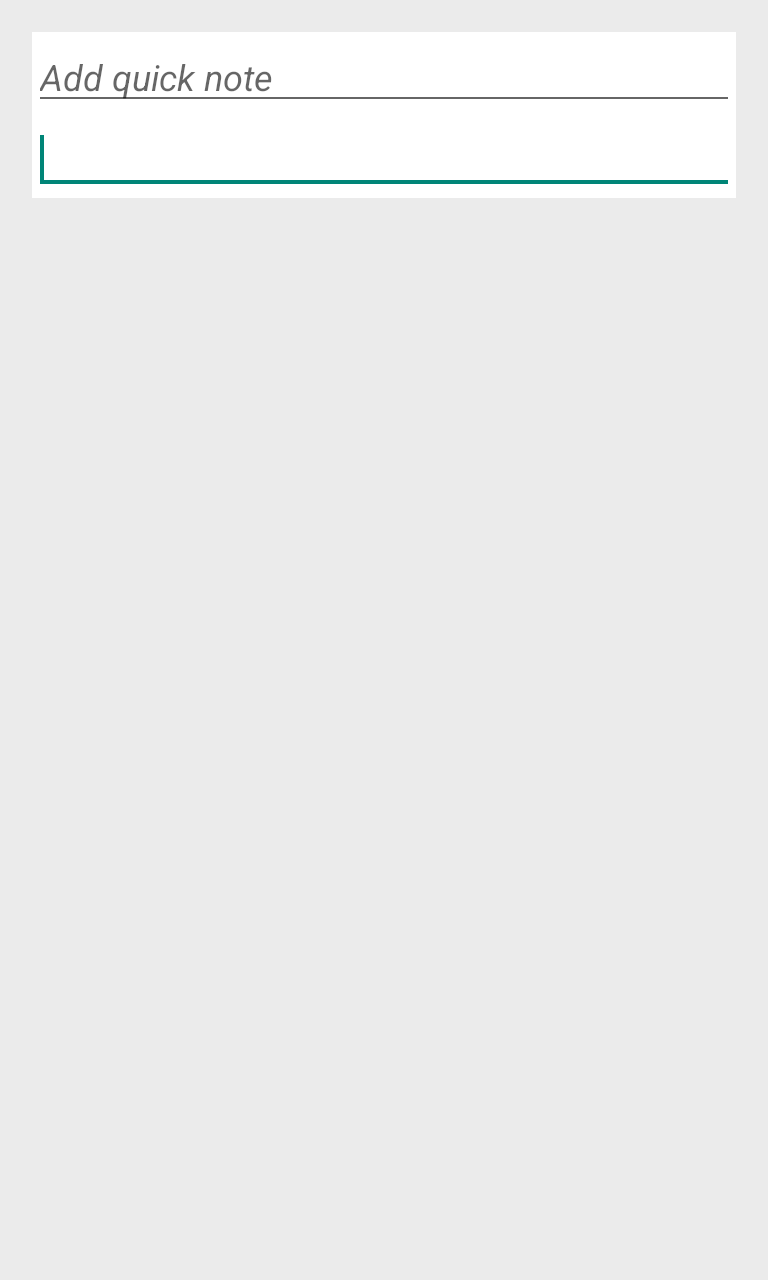
Repository: ishwormali/practices
Layout: Android/GoogleKeep/GoogleKeep/res/layout/fragment_main.xml
An editor plug-in stored every save of this project. The layout is shown before and after the next save, followed by the edit.
It is drawn on a 768 x 1280 px phone screen (xhdpi) without system bars, with theme Theme.Orangeboom; the app's code is not run.

Above is the layout before, as saved 2014-04-01 05:11:04.

### Android/GoogleKeep/GoogleKeep/res/layout/fragment_main.xml
<RelativeLayout xmlns:android="http://schemas.android.com/apk/res/android"
    xmlns:tools="http://schemas.android.com/tools"
    android:layout_width="match_parent"
    android:layout_height="match_parent"
    android:paddingBottom="@dimen/activity_vertical_margin"
    android:paddingLeft="@dimen/activity_horizontal_margin"
    android:paddingRight="@dimen/activity_horizontal_margin"
    android:paddingTop="@dimen/activity_vertical_margin"
    tools:context="com.practices.googlekeep.MainActivity$PlaceholderFragment"
    android:background="#EBEBEB"
      >

    <LinearLayout
        android:layout_width="match_parent"
        android:layout_height="wrap_content"
        android:layout_alignParentTop="true"
        android:layout_centerHorizontal="true"
        android:background="@drawable/area_container"
        android:orientation="vertical" >

        <EditText
            android:id="@+id/text_quicknote"
            android:layout_width="match_parent"
            android:layout_height="wrap_content"
            android:ems="10"  android:hint="@string/add_quick_note" android:textColor="#F7F7F7" >

            <requestFocus />
        </EditText>
        <EditText
            android:id="@+id/text_quicknote2"
            android:layout_width="match_parent"
            android:layout_height="wrap_content"
            android:ems="10" >

            <requestFocus />
        </EditText>
    </LinearLayout>

</RelativeLayout>

### Android/GoogleKeep/GoogleKeep/res/values-v14/themes.xml
<?xml version="1.0" encoding="utf-8"?>
<!-- File created by the Android Action Bar Style Generator

     Copyright (C) 2011 The Android Open Source Project
     Copyright (C) 2012 readyState Software Ltd

     Licensed under the Apache License, Version 2.0 (the "License");
     you may not use this file except in compliance with the License.
     You may obtain a copy of the License at

          http://www.apache.org/licenses/LICENSE-2.0

     Unless required by applicable law or agreed to in writing, software
     distributed under the License is distributed on an "AS IS" BASIS,
     WITHOUT WARRANTIES OR CONDITIONS OF ANY KIND, either express or implied.
     See the License for the specific language governing permissions and
     limitations under the License.
-->

<resources xmlns:android="http://schemas.android.com/apk/res/android">

    <style name="Theme.Orangeboom" parent="@style/Theme.AppCompat.Light">
        <item name="android:actionBarItemBackground">@drawable/selectable_background_orangeboom</item>
        <item name="android:popupMenuStyle">@style/PopupMenu.Orangeboom</item>
        <item name="android:dropDownListViewStyle">@style/DropDownListView.Orangeboom</item>
        <item name="android:actionBarTabStyle">@style/ActionBarTabStyle.Orangeboom</item>
        <item name="android:actionDropDownStyle">@style/DropDownNav.Orangeboom</item>
        <item name="android:actionBarStyle">@style/ActionBar.Solid.Orangeboom</item>
        <item name="android:actionModeBackground">@drawable/cab_background_top_orangeboom</item>
        <item name="android:actionModeSplitBackground">@drawable/cab_background_bottom_orangeboom</item>
        <item name="android:actionModeCloseButtonStyle">@style/ActionButton.CloseMode.Orangeboom</item>
         <item name="actionMenuTextColor">@android:color/white</item>

    </style>

    <style name="ActionBar.Solid.Orangeboom" parent="@style/Widget.AppCompat.Light.ActionBar.Solid">
        <item name="android:background">@drawable/ab_solid_orangeboom</item>
        <item name="android:backgroundStacked">@drawable/ab_stacked_solid_orangeboom</item>
        <item name="android:backgroundSplit">@drawable/ab_bottom_solid_orangeboom</item>
        <item name="android:progressBarStyle">@style/ProgressBar.Orangeboom</item>
       <item name="android:titleTextStyle">@style/ActionBar.TextStyle.Orangeboom</item>
<!--        <item name="android:logo">@drawable/text_x_todo</item> -->
    </style>

    <style name="ActionBar.TextStyle.Orangeboom"
           parent="@style/TextAppearance.AppCompat.Widget.ActionBar.Title">
        <item name="android:textColor">@android:color/white</item>
    </style>

    <style name="ActionBar.Transparent.Orangeboom" parent="@style/Widget.AppCompat.Light.ActionBar">
        <item name="android:background">@drawable/ab_transparent_orangeboom</item>
        <item name="android:progressBarStyle">@style/ProgressBar.Orangeboom</item>
    </style>

    <!-- this style is only referenced in a Light.DarkActionBar based theme -->
    <style name="Theme.Orangeboom.Widget" parent="@style/Theme.AppCompat">
        <item name="android:popupMenuStyle">@style/PopupMenu.Orangeboom</item>
        <item name="android:dropDownListViewStyle">@style/DropDownListView.Orangeboom</item>
    </style>

</resources>

### Android/GoogleKeep/GoogleKeep/res/values/themes.xml
<?xml version="1.0" encoding="utf-8"?>
<!-- File created by the Android Action Bar Style Generator

     Copyright (C) 2011 The Android Open Source Project
     Copyright (C) 2012 readyState Software Ltd

     Licensed under the Apache License, Version 2.0 (the "License");
     you may not use this file except in compliance with the License.
     You may obtain a copy of the License at

          http://www.apache.org/licenses/LICENSE-2.0

     Unless required by applicable law or agreed to in writing, software
     distributed under the License is distributed on an "AS IS" BASIS,
     WITHOUT WARRANTIES OR CONDITIONS OF ANY KIND, either express or implied.
     See the License for the specific language governing permissions and
     limitations under the License.
-->

<resources xmlns:android="http://schemas.android.com/apk/res/android">

    <style name="Theme.Orangeboom" parent="@style/Theme.AppCompat.Light">
        <item name="actionBarItemBackground">@drawable/selectable_background_orangeboom</item>
        <item name="popupMenuStyle">@style/PopupMenu.Orangeboom</item>
        <item name="dropDownListViewStyle">@style/DropDownListView.Orangeboom</item>
        <item name="actionBarTabStyle">@style/ActionBarTabStyle.Orangeboom</item>
        <item name="actionDropDownStyle">@style/DropDownNav.Orangeboom</item>
        <item name="actionBarStyle">@style/ActionBar.Solid.Orangeboom</item>
        <item name="actionModeBackground">@drawable/cab_background_top_orangeboom</item>
        <item name="actionModeSplitBackground">@drawable/cab_background_bottom_orangeboom</item>
        <item name="actionModeCloseButtonStyle">@style/ActionButton.CloseMode.Orangeboom</item>
 <item name="actionMenuTextColor">@android:color/white</item>


    </style>

    <style name="ActionBar.Solid.Orangeboom" parent="@style/Widget.AppCompat.Light.ActionBar.Solid">
        <item name="background">@drawable/ab_solid_orangeboom</item>
        <item name="backgroundStacked">@drawable/ab_stacked_solid_orangeboom</item>
        <item name="backgroundSplit">@drawable/ab_bottom_solid_orangeboom</item>
        <item name="progressBarStyle">@style/ProgressBar.Orangeboom</item>
         <item name="titleTextStyle">@style/ActionBar.TextStyle.Orangeboom</item>
<!--          <item name="logo">@drawable/text_x_todo</item> -->
    </style>

     <style name="ActionBar.TextStyle.Orangeboom"
           parent="@style/TextAppearance.AppCompat.Widget.ActionBar.Title">
        <item name="android:textColor">@android:color/white</item>
    </style>

    <style name="ActionBar.Transparent.Orangeboom" parent="@style/Widget.AppCompat.Light.ActionBar">
        <item name="background">@drawable/ab_transparent_orangeboom</item>
        <item name="progressBarStyle">@style/ProgressBar.Orangeboom</item>
    </style>

    <style name="PopupMenu.Orangeboom" parent="@style/Widget.AppCompat.Light.PopupMenu">
        <item name="android:popupBackground">@drawable/menu_dropdown_panel_orangeboom</item>
    </style>

    <style name="DropDownListView.Orangeboom" parent="@style/Widget.AppCompat.Light.ListView.DropDown">
        <item name="android:listSelector">@drawable/selectable_background_orangeboom</item>
    </style>

    <style name="ActionBarTabStyle.Orangeboom" parent="@style/Widget.AppCompat.Light.ActionBar.TabView">
        <item name="android:background">@drawable/tab_indicator_ab_orangeboom</item>
        <item name="android:textColor">@android:color/white</item>
    </style>

    <style name="DropDownNav.Orangeboom" parent="@style/Widget.AppCompat.Light.Spinner.DropDown.ActionBar">
        <item name="android:background">@drawable/spinner_background_ab_orangeboom</item>
        <item name="android:popupBackground">@drawable/menu_dropdown_panel_orangeboom</item>
        <item name="android:dropDownSelector">@drawable/selectable_background_orangeboom</item>
    </style>

    <style name="ProgressBar.Orangeboom" parent="@style/Widget.AppCompat.ProgressBar.Horizontal">
        <item name="android:progressDrawable">@drawable/progress_horizontal_orangeboom</item>
    </style>

    <style name="ActionButton.CloseMode.Orangeboom" parent="@style/Widget.AppCompat.Light.ActionButton.CloseMode">
        <item name="android:background">@drawable/btn_cab_done_orangeboom</item>
    </style>

    <!-- this style is only referenced in a Light.DarkActionBar based theme -->
    <style name="Theme.Orangeboom.Widget" parent="@style/Theme.AppCompat">
        <item name="popupMenuStyle">@style/PopupMenu.Orangeboom</item>
        <item name="dropDownListViewStyle">@style/DropDownListView.Orangeboom</item>
    </style>

</resources>

### Android/GoogleKeep/GoogleKeep/res/drawable/selectable_background_orangeboom.xml
<?xml version="1.0" encoding="utf-8"?>
<!-- File created by the Android Action Bar Style Generator

     Copyright (C) 2011 The Android Open Source Project
     Copyright (C) 2012 readyState Software Ltd

     Licensed under the Apache License, Version 2.0 (the "License");
     you may not use this file except in compliance with the License.
     You may obtain a copy of the License at

          http://www.apache.org/licenses/LICENSE-2.0

     Unless required by applicable law or agreed to in writing, software
     distributed under the License is distributed on an "AS IS" BASIS,
     WITHOUT WARRANTIES OR CONDITIONS OF ANY KIND, either express or implied.
     See the License for the specific language governing permissions and
     limitations under the License.
-->

<selector xmlns:android="http://schemas.android.com/apk/res/android"
        android:exitFadeDuration="@android:integer/config_mediumAnimTime" >
    <item android:state_pressed="false" android:state_focused="true" android:drawable="@drawable/list_focused_orangeboom" />
    <item android:state_pressed="true" android:drawable="@drawable/list_pressed_orangeboom" />
    <item android:drawable="@android:color/transparent" />
</selector>

### Android/GoogleKeep/GoogleKeep/res/drawable/btn_cab_done_orangeboom.xml
<?xml version="1.0" encoding="utf-8"?>
<!-- File created by the Android Action Bar Style Generator

     Copyright (C) 2011 The Android Open Source Project
     Copyright (C) 2012 readyState Software Ltd

     Licensed under the Apache License, Version 2.0 (the "License");
     you may not use this file except in compliance with the License.
     You may obtain a copy of the License at

          http://www.apache.org/licenses/LICENSE-2.0

     Unless required by applicable law or agreed to in writing, software
     distributed under the License is distributed on an "AS IS" BASIS,
     WITHOUT WARRANTIES OR CONDITIONS OF ANY KIND, either express or implied.
     See the License for the specific language governing permissions and
     limitations under the License.
-->

<selector xmlns:android="http://schemas.android.com/apk/res/android">
    <item android:state_pressed="true"
        android:drawable="@drawable/btn_cab_done_pressed_orangeboom" />
    <item android:state_focused="true" android:state_enabled="true"
        android:drawable="@drawable/btn_cab_done_focused_orangeboom" />
    <item android:state_enabled="true"
        android:drawable="@drawable/btn_cab_done_default_orangeboom" />
</selector>

### Android/GoogleKeep/GoogleKeep/res/drawable/progress_horizontal_orangeboom.xml
<?xml version="1.0" encoding="utf-8"?>
<!-- File created by the Android Action Bar Style Generator

     Copyright (C) 2011 The Android Open Source Project
     Copyright (C) 2012 readyState Software Ltd

     Licensed under the Apache License, Version 2.0 (the "License");
     you may not use this file except in compliance with the License.
     You may obtain a copy of the License at

          http://www.apache.org/licenses/LICENSE-2.0

     Unless required by applicable law or agreed to in writing, software
     distributed under the License is distributed on an "AS IS" BASIS,
     WITHOUT WARRANTIES OR CONDITIONS OF ANY KIND, either express or implied.
     See the License for the specific language governing permissions and
     limitations under the License.
-->

<layer-list xmlns:android="http://schemas.android.com/apk/res/android">

    <item android:id="@android:id/background"
          android:drawable="@drawable/progress_bg_orangeboom" />

    <item android:id="@android:id/secondaryProgress">
        <scale android:scaleWidth="100%"
               android:drawable="@drawable/progress_secondary_orangeboom" />
    </item>

    <item android:id="@android:id/progress">
        <scale android:scaleWidth="100%"
               android:drawable="@drawable/progress_primary_orangeboom" />
    </item>

</layer-list>

### Android/GoogleKeep/GoogleKeep/res/drawable/spinner_background_ab_orangeboom.xml
<?xml version="1.0" encoding="utf-8"?>
<!-- File created by the Android Action Bar Style Generator

     Copyright (C) 2011 The Android Open Source Project
     Copyright (C) 2012 readyState Software Ltd

     Licensed under the Apache License, Version 2.0 (the "License");
     you may not use this file except in compliance with the License.
     You may obtain a copy of the License at

          http://www.apache.org/licenses/LICENSE-2.0

     Unless required by applicable law or agreed to in writing, software
     distributed under the License is distributed on an "AS IS" BASIS,
     WITHOUT WARRANTIES OR CONDITIONS OF ANY KIND, either express or implied.
     See the License for the specific language governing permissions and
     limitations under the License.
-->

<selector xmlns:android="http://schemas.android.com/apk/res/android">
    <item android:state_enabled="false"
        android:drawable="@drawable/spinner_ab_disabled_orangeboom" />
    <item android:state_pressed="true"
        android:drawable="@drawable/spinner_ab_pressed_orangeboom" />
    <item android:state_pressed="false" android:state_focused="true"
        android:drawable="@drawable/spinner_ab_focused_orangeboom" />
    <item android:drawable="@drawable/spinner_ab_default_orangeboom" />
</selector>

### Android/GoogleKeep/GoogleKeep/res/drawable/tab_indicator_ab_orangeboom.xml
<?xml version="1.0" encoding="utf-8"?>
<!-- File created by the Android Action Bar Style Generator

     Copyright (C) 2011 The Android Open Source Project
     Copyright (C) 2012 readyState Software Ltd

     Licensed under the Apache License, Version 2.0 (the "License");
     you may not use this file except in compliance with the License.
     You may obtain a copy of the License at

          http://www.apache.org/licenses/LICENSE-2.0

     Unless required by applicable law or agreed to in writing, software
     distributed under the License is distributed on an "AS IS" BASIS,
     WITHOUT WARRANTIES OR CONDITIONS OF ANY KIND, either express or implied.
     See the License for the specific language governing permissions and
     limitations under the License.
-->

<selector xmlns:android="http://schemas.android.com/apk/res/android">
    <!-- Non focused states -->
    <item android:state_focused="false" android:state_selected="false" android:state_pressed="false" android:drawable="@android:color/transparent" />
    <item android:state_focused="false" android:state_selected="true"  android:state_pressed="false" android:drawable="@drawable/tab_selected_orangeboom" />

    <!-- Focused states -->
    <item android:state_focused="true" android:state_selected="false" android:state_pressed="false" android:drawable="@drawable/tab_unselected_focused_orangeboom" />
    <item android:state_focused="true" android:state_selected="true"  android:state_pressed="false" android:drawable="@drawable/tab_selected_focused_orangeboom" />

    <!-- Pressed -->
    <!--    Non focused states -->
    <item android:state_focused="false" android:state_selected="false" android:state_pressed="true" android:drawable="@drawable/tab_unselected_pressed_orangeboom" />
    <item android:state_focused="false" android:state_selected="true"  android:state_pressed="true" android:drawable="@drawable/tab_selected_pressed_orangeboom" />

    <!--    Focused states -->
    <item android:state_focused="true" android:state_selected="false" android:state_pressed="true" android:drawable="@drawable/tab_unselected_pressed_orangeboom" />
    <item android:state_focused="true" android:state_selected="true"  android:state_pressed="true" android:drawable="@drawable/tab_selected_pressed_orangeboom" />
</selector>

### Android/GoogleKeep/GoogleKeep/res/values/dimens.xml
<resources>

    <!-- Default screen margins, per the Android Design guidelines. -->
    <dimen name="activity_horizontal_margin">16dp</dimen>
    <dimen name="activity_vertical_margin">16dp</dimen>

</resources>

### Android/GoogleKeep/GoogleKeep/res/drawable/area_container.xml
<?xml version="1.0" encoding="utf-8"?>
<shape xmlns:android="http://schemas.android.com/apk/res/android"

    >
    <solid android:color="@android:color/white"/>

</shape>

### Android/GoogleKeep/GoogleKeep/res/values/strings.xml
<?xml version="1.0" encoding="utf-8"?>
<resources>

    <string name="app_name">GoogleKeep</string>
    <string name="hello_world">Hello world!</string>
    <string name="action_settings">Settings</string>
	<string name="add_quick_note"><i>Add quick note</i></string>
</resources>

### Android/GoogleKeep/GoogleKeep/res/values/Color.xml
<?xml version="1.0" encoding="utf-8"?>
<resources>
    <color name="container_background">#EDEDED</color>
</resources>

Loaded but not shown: Android/GoogleKeep/GoogleKeep/res/values-w820dp/dimens.xml (common file)

After the next save:
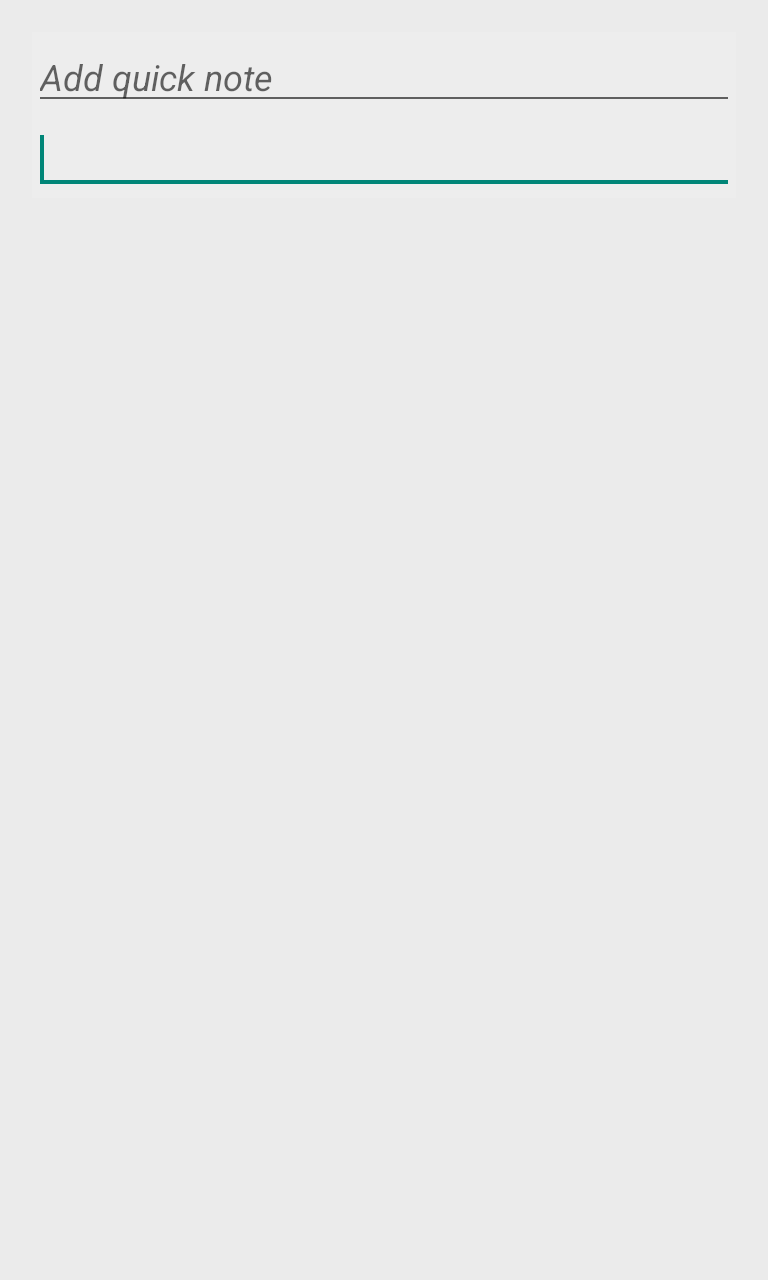
Saved 80 s later.
--- a/Android/GoogleKeep/GoogleKeep/res/drawable/area_container.xml
+++ b/Android/GoogleKeep/GoogleKeep/res/drawable/area_container.xml
@@ -2,6 +2,6 @@
 <shape xmlns:android="http://schemas.android.com/apk/res/android"
 
     >
-    <solid android:color="@android:color/white"/>
+    <solid android:color="@color/container_background"/>
 
 </shape>
